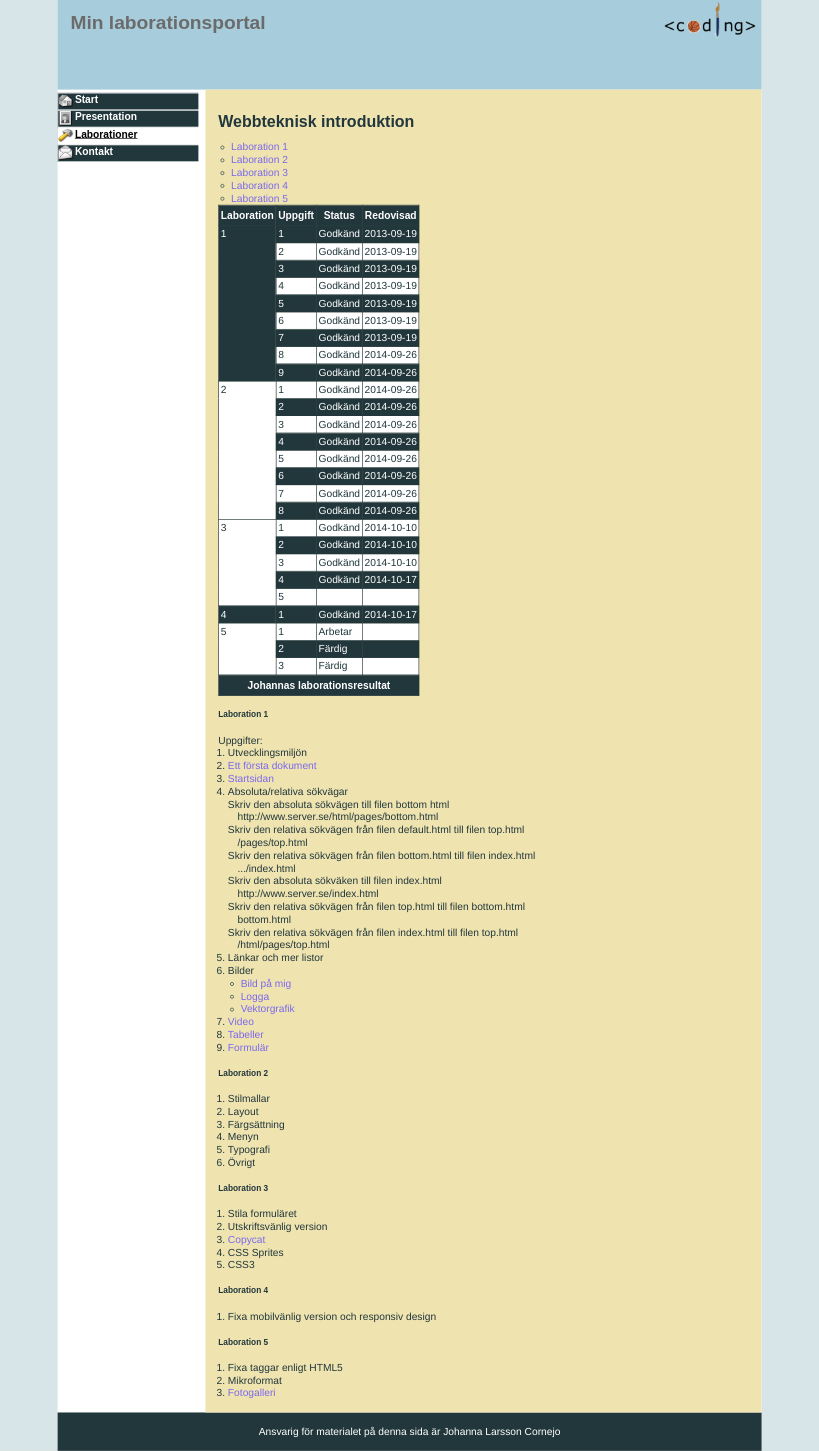
Repository: jc222fi/1ik415-laborationer
Page: pages/laborationer.html
The author's editor kept a record of every edit. The page is drawn from the files as they stood at one moment, then again after the next edit.
The browser window is 1280 px wide. The pictures show the whole page, at 64% of full size.

Above is the page before.

### pages/laborationer.html
<!doctype html>
<html>
    <head>
        <meta charset="utf-8" />
        <meta name="viewport" content="width=device-width, initial-scale=1.0" />
        <title>Laborationer</title>
        <link rel="icon" href="../pics/iOS.png" type="image/x-icon">
        <link rel="apple-touch-icon" href="../pics/iOS.png">
        <!-- Screen > 480px -->
        <link rel="stylesheet" media="screen and (min-width: 481px)" href="../css/style.css" />
        <!-- Smartphones <= 480px -->
        <link rel="stylesheet" media="only screen and (max-width: 480px)" href="../css/smartphone.css" />
        <link rel="stylesheet" media="print" href="../css/print.css" />
    </head>
    <body>
    <div id="container">
        <div id="header">
            <header>
                <h1 id="laborationer">Min laborationsportal</h1>
            </header>
        </div>
        <div id="nav">
            <ul>
                <li id="index"><a href="../index.html">Start</a></li>
                <li id="pres"><a href="presentation.html">Presentation</a></li>
                <li id="lab"><a href="#laborationer" class="active">Laborationer</a></li>
                <li id="kontakt"><a href="kontakt.html">Kontakt</a></li>
            </ul>
        </div>
        <div id="content">
        <h2>Webbteknisk introduktion</h2>
        <ul class="laborationer" id="tabell">
            <li><a href="#lab1">Laboration 1</a></li>
            <li><a href="#lab2">Laboration 2</a></li>
            <li><a href="#lab3">Laboration 3</a></li>
            <li><a href="#lab4">Laboration 4</a></li>
            <li><a href="#lab5">Laboration 5</a></li>
        </ul>
        <table>
            <thead id="table">
                <tr>
                    <th>Laboration</th>
                    <th>Uppgift</th>
                    <th>Status</th>
                    <th>Redovisad</th>
                </tr>
            </thead>
            <tfoot>
                <tr>
                    <td colspan="4">Johannas laborationsresultat</td>
                </tr>
            </tfoot>
            <tbody>
                <tr>
                    <td rowspan="9">1</td>
                    <td>1</td>
                    <td>Godkänd</td>
                    <td>2013-09-19</td>
                </tr>
                <tr>
                    <td>2</td>
                    <td>Godkänd</td>
                    <td>2013-09-19</td>
                </tr>
                <tr>
                    <td>3</td>
                    <td>Godkänd</td>
                    <td>2013-09-19</td>
                </tr>
                <tr>
                    <td>4</td>
                    <td>Godkänd</td>
                    <td>2013-09-19</td>
                </tr>
                <tr>
                    <td>5</td>
                    <td>Godkänd</td>
                    <td>2013-09-19</td>
                </tr>
                <tr>
                    <td>6</td>
                    <td>Godkänd</td>
                    <td>2013-09-19</td>
                </tr>
                <tr>
                    <td>7</td>
                    <td>Godkänd</td>
                    <td>2013-09-19</td>
                </tr>
                <tr>
                    <td>8</td>
                    <td>Godkänd</td>
                    <td>2014-09-26</td>
                </tr>
                <tr>
                    <td>9</td>
                    <td>Godkänd</td>
                    <td>2014-09-26</td>
                </tr>
                <tr>
                    <td rowspan="8">2</td>
                    <td>1</td>
                    <td>Godkänd</td>
                    <td>2014-09-26</td>
                </tr>
                <tr>
                    <td>2</td>
                    <td>Godkänd</td>
                    <td>2014-09-26</td>
                </tr>
                <tr>
                    <td>3</td>
                    <td>Godkänd</td>
                    <td>2014-09-26</td>
                </tr>
                <tr>
                    <td>4</td>
                    <td>Godkänd</td>
                    <td>2014-09-26</td>
                </tr>
                <tr>
                    <td>5</td>
                    <td>Godkänd</td>
                    <td>2014-09-26</td>
                </tr>
                <tr>
                    <td>6</td>
                    <td>Godkänd</td>
                    <td>2014-09-26</td>
                </tr>
                <tr>
                    <td>7</td>
                    <td>Godkänd</td>
                    <td>2014-09-26</td>
                </tr>
                <tr>
                    <td>8</td>
                    <td>Godkänd</td>
                    <td>2014-09-26</td>
                </tr>
                <tr>
                    <td rowspan="5">3</td>
                    <td>1</td>
                    <td>Godkänd</td>
                    <td>2014-10-10</td>
                </tr>
                <tr>
                    <td>2</td>
                    <td>Godkänd</td>
                    <td>2014-10-10</td>
                </tr>
                <tr>
                    <td>3</td>
                    <td>Godkänd</td>
                    <td>2014-10-10</td>
                </tr>
                <tr>
                    <td>4</td>
                    <td>Godkänd</td>
                    <td>2014-10-17</td>
                </tr>
                <tr>
                    <td>5</td>
                    <td></td>
                    <td></td>
                </tr>
                <tr>
                    <td rowspan="1">4</td>
                    <td>1</td>
                    <td>Godkänd</td>
                    <td>2014-10-17</td>
                </tr>
                <tr>
                    <td rowspan="3">5</td>
                    <td>1</td>
                    <td>Arbetar</td>
                    <td></td>
                </tr>
                <tr>
                    <td>2</td>
                    <td>Färdig</td>
                    <td></td>
                </tr>
                <tr>
                    <td>3</td>
                    <td>Färdig</td>
                    <td></td>
                </tr>
            </tbody>
        </table>
        <h3 id="lab1">Laboration 1</h3>
        <p>Uppgifter:</p>
        <ol>
            <li>Utvecklingsmiljön</li>
            <li><a href="presentation.html">Ett första dokument</a></li>
            <li><a href="../index.html">Startsidan</a></li>
            <li>Absoluta/relativa sökvägar<dl>
                    <dt>Skriv den absoluta sökvägen till filen bottom html</dt>
                    <dd>http://www.server.se/html/pages/bottom.html</dd>
                    <dt>Skriv den relativa sökvägen från filen default.html till filen top.html</dt>
                    <dd>/pages/top.html</dd>
                    <dt>Skriv den relativa sökvägen från filen bottom.html till filen index.html</dt>
                    <dd>.../index.html</dd>
                    <dt>Skriv den absoluta sökväken till filen index.html</dt>
                    <dd>http://www.server.se/index.html</dd>
                    <dt>Skriv den relativa sökvägen från filen top.html till filen bottom.html</dt>
                    <dd>bottom.html</dd>
                    <dt>Skriv den relativa sökvägen från filen index.html till filen top.html</dt>
                    <dd>/html/pages/top.html</dd>
                </dl></li>
            <li>Länkar och mer listor</li>
            <li>Bilder
                <ul class="laborationer">
                    <li><a href="presentation.html#jag.jpg">Bild på mig</a></li>
                    <li><a href="../pics/logo.png">Logga</a></li>
                    <li><a href="../index.html#vektorbild">Vektorgrafik</a></li>
                </ul>
            </li>

            <li><a href="../index.html#video">Video</a></li>
            <li><a href="#tabell">Tabeller</a></li>
            <li><a href="kontakt.html">Formulär</a></li>
        </ol>
        <h3 id="lab2">Laboration 2</h3>
        <ol>
            <li>Stilmallar</li>
            <li>Layout</li>
            <li>Färgsättning</li>
            <li>Menyn</li>
            <li>Typografi</li>
            <li>Övrigt</li>
        </ol>
        <h3 id="lab3">Laboration 3</h3>
        <ol>
            <li>Stila formuläret</li>
            <li>Utskriftsvänlig version</li>
            <li><a href="https://preview.c9.io/jc222fi/uppgift-3-3/index.html?_c9_id=livepreview0&_c9_host=https://ide.c9.io#">Copycat</a></li>
            <li>CSS Sprites</li>
            <li>CSS3</li>
        </ol>
        <h3 id="lab4">Laboration 4</h3>
        <ol>
            <li>Fixa mobilvänlig version och responsiv design</li>
        </ol>
        <h3 id="lab5">Laboration 5</h3>
        <ol>
            <li>Fixa taggar enligt HTML5</li>
            <li>Mikroformat</li>
            <li><a href="../gallery/index.html">Fotogalleri</a></li>
        </ol>
        </div>
        <div id="footer">
            <footer>
                <p>Ansvarig för materialet på denna sida är Johanna Larsson Cornejo</p>
            </footer>
        </div>
    </div>
    </body>
</html>

### css/style.css
/* http://meyerweb.com/eric/tools/css/reset/
   v2.0 | 20110126
   License: none (public domain)
*/

html, body, div, span, applet, object, iframe,
h1, h2, h3, h4, h5, h6, p, blockquote, pre,
a, abbr, acronym, address, big, cite, code,
del, dfn, em, img, ins, kbd, q, s, samp,
small, strike, strong, sub, sup, tt, var,
b, u, i, center,
dl, dt, dd, ol, ul, li,
fieldset, form, label, legend,
table, caption, tbody, tfoot, thead, tr, th, td,
article, aside, canvas, details, embed,
figure, figcaption, footer, header, hgroup,
menu, nav, output, ruby, section, summary,
time, mark, audio, video {
	margin: 0;
	padding: 0;
	border: 0;
	font-size: 100%;
	font: inherit;
	vertical-align: baseline;
}
/*Layout*/
#container{
	width:1100px;
	max-width:96%;
	margin:0 auto;
}
#header{
	height:100px;
}
#nav{
   float:left;
   /*width:168px;*/
   width:20%;
	margin-top:5px;
}
#content{
	float:right;
	box-sizing:border-box;
	/*width:920px;*/
	width:79%;
}
#footer{
	clear:both;
	box-sizing:border-box;
	max-width:100%;
	width:1100px;
	padding:20px;
}

/*
Background body:#D7E4E8
Background container: #FFFFFF
Background header: #A7CDDC
Background nav: #381B43
Background content: #EFE4B0
Background footer:#22373C
Text colour: #22373C
*/

body{
	background-color:#D7E4E8;

}
header, section, article, main, footer{
	display:block;
}
#container{
	background-color:#FFFFFF;
}
#header{
	background-color:#A7CDDC;
	color:#6B6B6B;
	background-image:url("pics/logo.png");
	background-position:right top;
	background-repeat:no-repeat;
	font-family:Arial, Gadget, sans-serif;
	font-size:30px;
	font-weight:bolder;
	padding:20px;
}

	/*h1{
		color:#6B6B6B;
		font-family:Arial, Gadget, sans-serif;
		font-size:30px;
		font-weight:bolder;
		padding-bottom:20px;
	}*/
#nav{
	background-color:#22373C;
}
	#nav a{
		display:block;
		width:100%;
		height:25px;
		border:1px solid white;
		background-image:url(pics/sprite.png);
		background-repeat:no-repeat;
		text-indent:26px;
		color:white;
	}
	#index a:link{background-position:0 -48px;text-decoration:none;}
	#index a:hover{background-position:0 0;background-color:white;text-decoration:underline;color:black;}
	#index a.active{background-position:0 0;background-color:white;text-decoration:underline;color:black;}

	#pres a:link{background-position:0 -240px;text-decoration:none;}
	#pres a:hover{background-position:0 -192px;background-color:white;text-decoration:underline;color:black;}
	#pres a.active{background-position:0 -192px;background-color:white;text-decoration:underline;color:black;}

	#lab a:link{background-position:0 -144px;text-decoration:none;}
	#lab a:hover{background-position:0 -96px;background-color:white;text-decoration:underline;color:black;}
	#lab a.active{background-position:0 -96px;background-color:white;text-decoration:underline;color:black;}

	#kontakt a:link{background-position:0 -336px;text-decoration:none;}
	#kontakt a:hover{background-position:0 -288px;background-color:white;text-decoration:underline;color:black;}
	#kontakt a.active{background-position:0 -288px;background-color:white;text-decoration:underline;color:black;}
	#nav li{
		font-family:Arial, Gadget, sans-serif;
		font-weight:bolder;
	}
		/*Länkar i menyn*/
		/*#nav a:link{background-color:#381B43; text-decoration:none;}
		#nav a:visited{background-color:#7F7F7F;text-decoration:none;}
		#nav a:focus{background-color:white;text-decoration:underline;color:black;}
		#nav a:hover{background-color:white;text-decoration:underline;color:black;}
		#nav a.active{background-color:#22373C;text-decoration:none;}
		#nav li{
		   font-family:Arial, Gadget, sans-serif;
			font-weight:bolder;
		}*/

#content{
	padding:20px;
	background-color:#EFE4B0;
	color:#22373C;
}
	/*Text och stil på mina rubriker*/
	h2, h3, h4, legend{
		font-family:Arial, Gadget, sans-serif;
		font-weight:bold;
		line-height:60px;
	}
		h2{
			font-size:25px;
		}
		h3, h4{
			font-size:small;
		}
	/*Mer övergripande text och stil*/
	#strong, p, li, table, dl, form, label{
		font-family:Helvetica, Verdana, sans-serif;
		line-height:20px;
	}
	p p{
		margin-top:50px;
	}
	img, video{
		max-width:100%;
	}
	img.right, video.right{
		float:right;
	}
	#strong{
		font-style:italic;
	}
	/*Överskrift och signatur på mina blogginlägg*/
	.post, p em{
		font-family:"Comic Sans MS", cursive, sans-serif;
	}
		/*Bild lånad från http://www.skolbilder.com/Malarbild-blaeckpenna-i19373.html som uttryckligen
		säger att samtliga bilder får användas i privat, edukativt, icke-kommersiellt syfte*/
		#content h2.post{
			background-image:url("pics/bleckpenna.png");
			background-position:left top;
			background-repeat:no-repeat;
			text-indent:50px;
		}
	/*Signatur på mina blogginlägg*/
	p em{
		font-style:italic;
		color:#8B4513;
	}
	/*Tabell*/
	table, th, td{
		border:1px solid #22373C;
		padding:3px;
	}
	thead, tfoot{
		font-family:Arial, Gadget, sans-serif;
		font-weight:bold;
		line-height:25px;
		text-align:center;
	}
		tr:nth-of-type(odd){
			background-color:#22373C;
			color:white;
		}
		tr:nth-of-type(even){
			background-color:white;
		}
	/*Övriga länkar som inte är del av menyn*/
	#content a:link{color:#7B68EE; text-decoration:none;}
	#content a:visited{color:#8B0000; text-decoration:none;}
	#content a:focus{color:#778899; text-decoration:underline;}
	#content a:hover{color:#778899; text-decoration:underline;}
	#content a:active{color:white; text-decoration:none;}
	/*Formulär*/
	fieldset{
		border:1px solid #22373C;
		padding:10px;
		width:600px;
	}
	legend{
		padding:2px;
	}
	.label{
   	display: inline-block;
   	width: 170px;
   	text-align: left;
   	margin-right: 10px;
	}
	.comments, .name{
		font-family:Helvetica, Verdana, sans-serif;
		line-height:20px;
		font-weight:bold;
	}
	#kommentar1, #kommentar2, #kommentar3, #kommentar4, #kommentar5, #kommentar6{
		width:100%;
		height:80px;
	}
	/*Listor exklusive menyn*/
	#content ul li{
		margin-left:20px;
		list-style-type:circle;
	}
	#content dd{
		text-indent:15px;
	}
	#content .laborationer{
		list-style-type:none;
	}
	ol li{
		margin-left:15px;
		list-style-type:decimal;
	}

#footer{
	background-color:#22373C;
	color:#FFFFFF;
	text-align:center;
}


/* HTML5 display-role reset for older browsers */
article, aside, details, figcaption, figure,
footer, header, hgroup, menu, nav, section {
	display: block;
}
body {
	line-height: 1;
}
ol, ul {
	list-style: none;
}
blockquote, q {
	quotes: none;
}
blockquote:before, blockquote:after,
q:before, q:after {
	content: '';
	content: none;
}
table {
	border-collapse: collapse;
	border-spacing: 0;
}

### css/print.css
#header, #nav, #video{
    display: none;
}

#content, #footer{
    width:auto;
    float:none !important;
    color:#000;
}
    #content p, li, dl, label, table{
        font-family: "Times New Roman", Georgia, Serif;
    }
    #content table, thead, tfoot, th, td{
        color:#000;
    }
    #content a:link:after,
    #content a:visited:after{
	    content: " (" attr(href) ") ";
    }
    a:link, a:visited{
        color:#8B0000;
        text-decoration:none;
    }

Loaded but not shown: css/smartphone.css (201 lines, source omitted)

After the next edit:
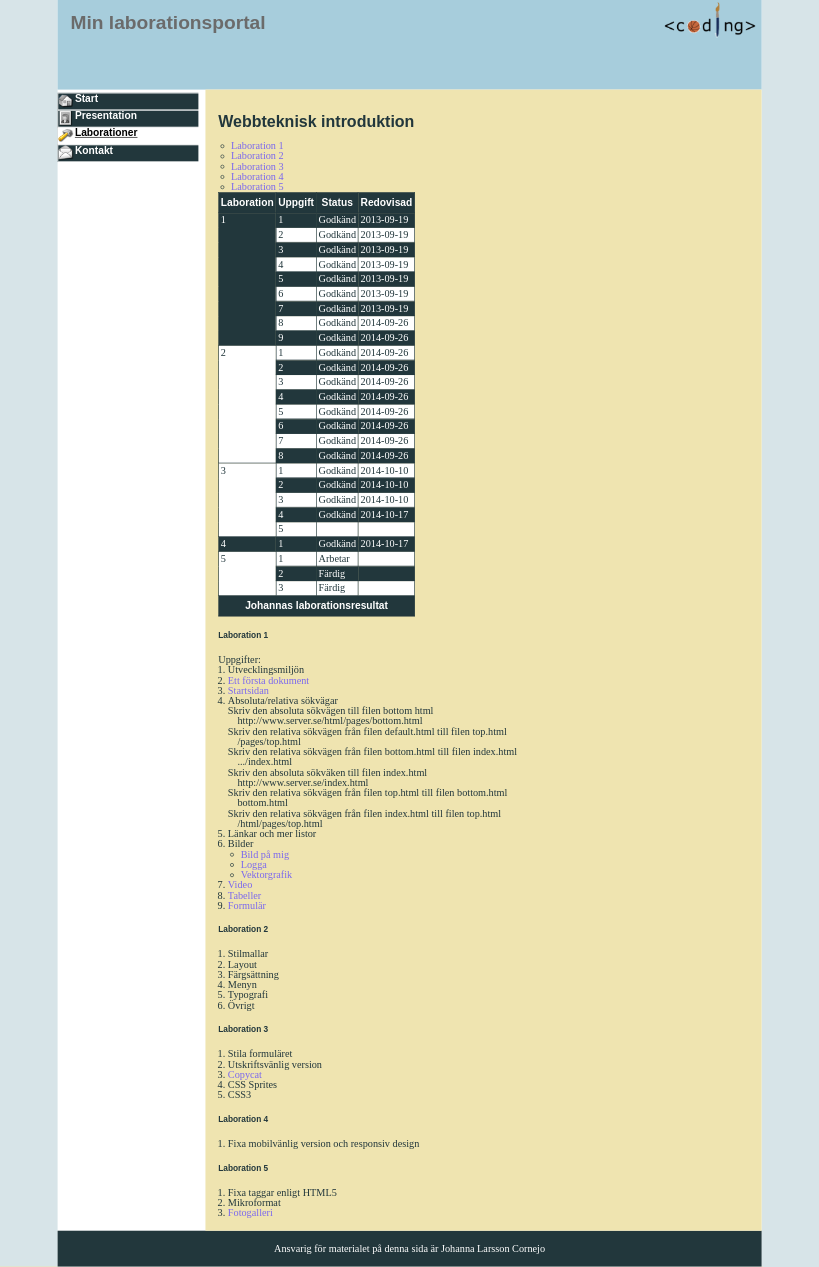
The edit:
--- a/css/style.css
+++ b/css/style.css
@@ -152,7 +152,7 @@
 			font-size:small;
 		}
 	/*Mer övergripande text och stil*/
-	#strong, p, li, table, dl, form, label{
+	#strong, p, li, table, dl, form, label,{
 		font-family:Helvetica, Verdana, sans-serif;
 		line-height:20px;
 	}

After the 2 edits that followed:
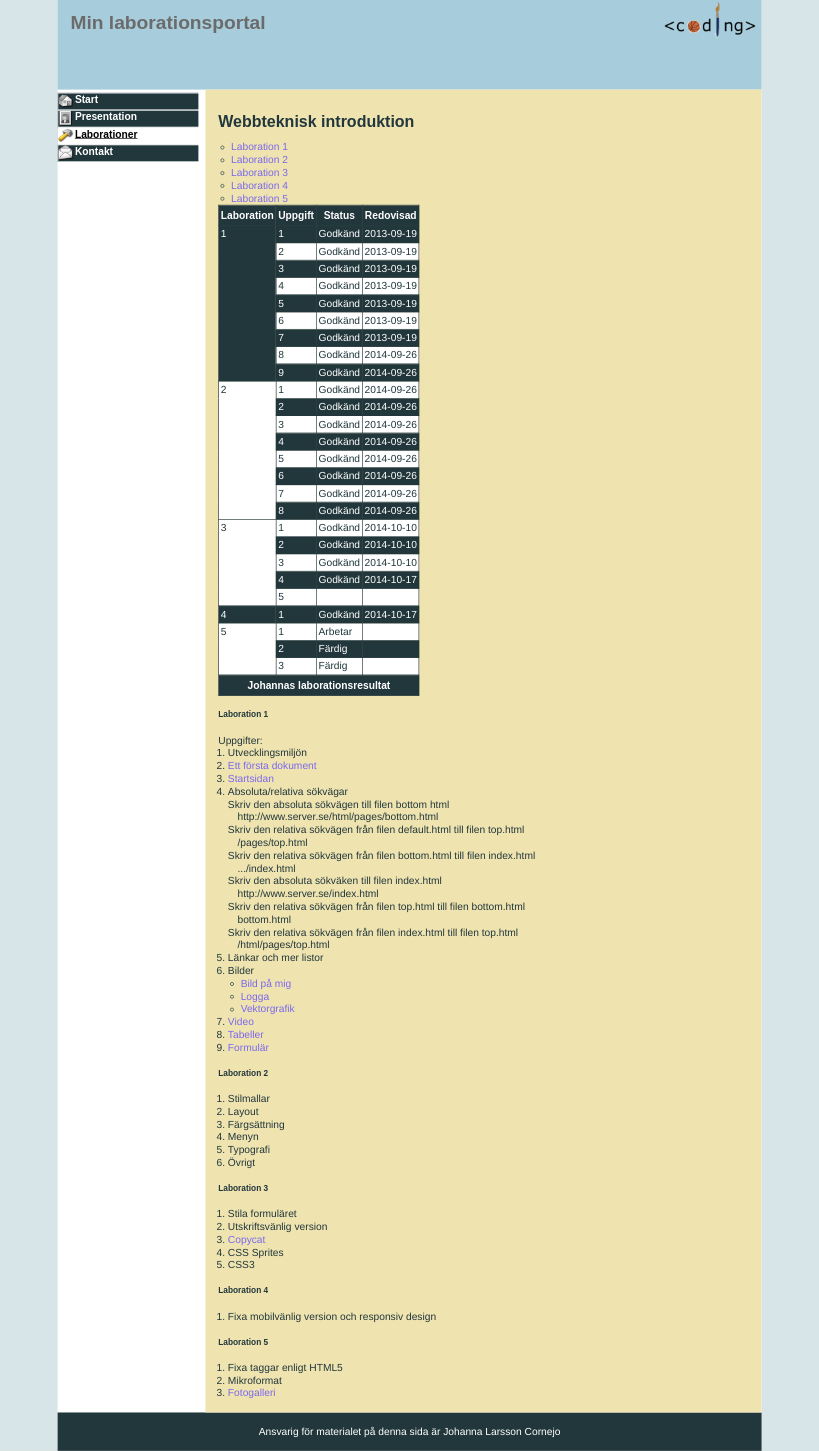
The 2 edits are shown as one change because 1 left the picture as it was.
The edit:
--- a/css/style.css
+++ b/css/style.css
@@ -152,7 +152,7 @@
 			font-size:small;
 		}
 	/*Mer övergripande text och stil*/
-	#strong, p, li, table, dl, form, label,{
+	#strong, p, li, table, dl, form, label{
 		font-family:Helvetica, Verdana, sans-serif;
 		line-height:20px;
 	}
@@ -229,6 +229,10 @@
 		line-height:20px;
 		font-weight:bold;
 	}
+	.kommentar{
+		font-weight:normal;
+		font-style:italic;
+	}
 	#kommentar1, #kommentar2, #kommentar3, #kommentar4, #kommentar5, #kommentar6{
 		width:100%;
 		height:80px;
